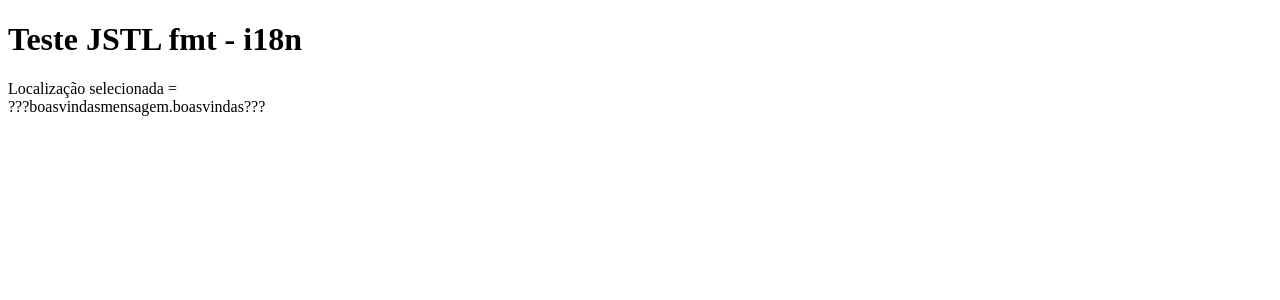
Repository: GabrielGGhost/EstudoJavaAW1-AW2
Page: http://localhost/estudos10/jsp/exemploI18N.jsp
The author's editor kept a copy of each file at every save. The page is drawn from the files as they stood at one save, then again after the next save.
The browser window is 1280 px wide. The pictures show the whole page.
The page is served by Tomcat 9.

Above is the page before, as saved 2020-10-23 17:10:38.

### estudos10/WebContent/jsp/exemploI18N.jsp
<%@ page language="java" contentType="text/html; charset=ISO-8859-1"
    pageEncoding="ISO-8859-1"%>

<%@ taglib uri="http://java.sun.com/jsp/jstl/fmt" prefix="fmt" %>
<!DOCTYPE html PUBLIC "-//W3C//DTD HTML 4.01 Transitional//EN" "http://www.w3.org/TR/html4/loose.dtd">
<html>
<head>
<meta http-equiv="Content-Type" content="text/html; charset=ISO-8859-1">
<title>Teste de i18n com JSTL</title>
</head>
<body>
	<h1>Teste JSTL fmt - i18n</h1>
	Localização selecionada = ${param.language} <br/>
	<fmt:setLocale value="{param.language}"/>
		<fmt:bundle basename="com.estudo.bundles.${param.language}" prefix="boasvindas">
			<fmt:message key="mensagem.boasvindas"> </fmt:message>
		</fmt:bundle>
</body>
</html>

After the next save:
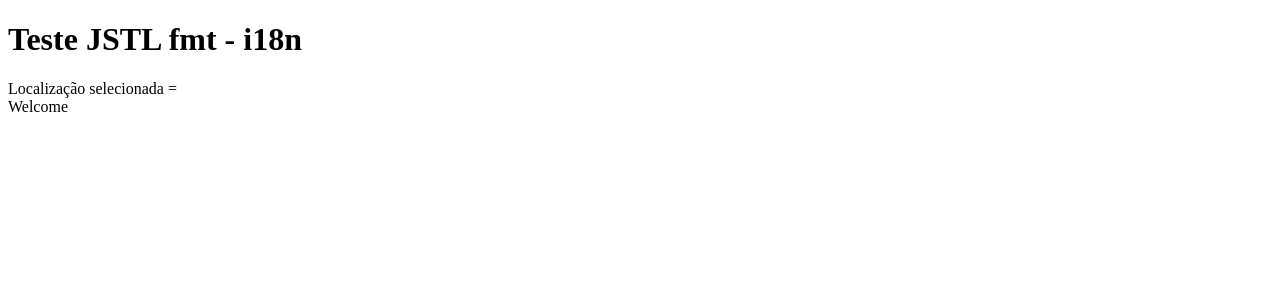
Saved 4 s later.
--- a/estudos10/WebContent/jsp/exemploI18N.jsp
+++ b/estudos10/WebContent/jsp/exemploI18N.jsp
@@ -12,7 +12,7 @@
 	<h1>Teste JSTL fmt - i18n</h1>
 	Localização selecionada = ${param.language} <br/>
 	<fmt:setLocale value="{param.language}"/>
-		<fmt:bundle basename="com.estudo.bundles.${param.language}" prefix="boasvindas">
+		<fmt:bundle basename="com.estudo.bundles.${param.language}" prefix="Login.">
 			<fmt:message key="mensagem.boasvindas"> </fmt:message>
 		</fmt:bundle>
 </body>
